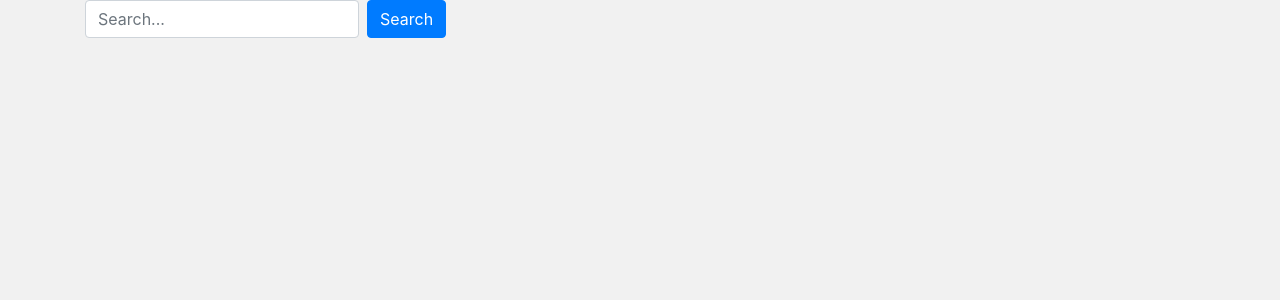
Repository: roistyx/ask-ChatGBT-travel-recommendations
Page: Backend/src/views/main.html
An editor plug-in stored every save of this project. The page is shown before and after the next save, followed by the edit.
The browser window is 1280 px wide. The pictures show the whole page.

Above is the page before, as saved 2023-03-20 11:38:15.

After the next save:
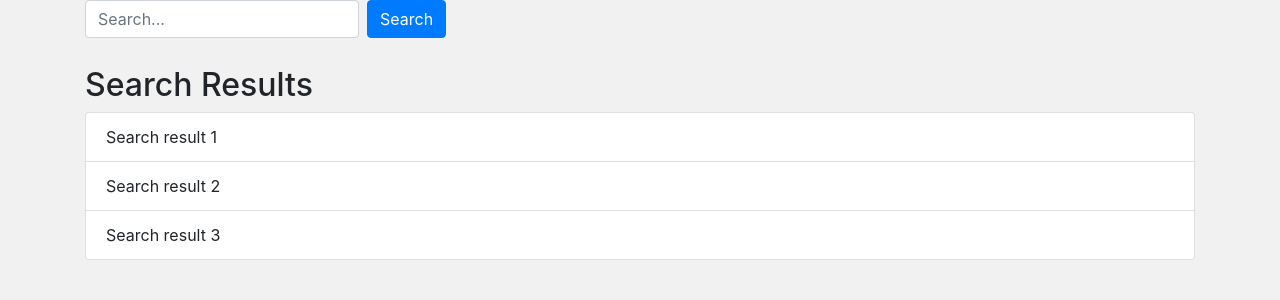
Saved 53 s later.
--- a/Backend/src/views/main.html
+++ b/Backend/src/views/main.html
@@ -2,24 +2,36 @@
 <html>
 
 <head>
-    <title>Bootstrap Search Form with Submit Button</title>
+    <title>Bootstrap Search Form with Search Results</title>
     <link rel="stylesheet" href="https://stackpath.bootstrapcdn.com/bootstrap/4.3.1/css/bootstrap.min.css">
     <style>
         body {
             background-color: #f1f1f1;
+        }
+
+        .search-results {
+            margin-top: 20px;
         }
     </style>
 </head>
 
 <body>
     <div class="container">
-        <form class="form-inline" action="https://www.google.com/search" method="get">
+        <form class="form-inline" action="#" method="get">
             <div class="form-group mb-2">
                 <label for="search-input" class="sr-only">Search</label>
                 <input type="text" class="form-control" id="search-input" name="q" placeholder="Search...">
             </div>
             <button type="submit" class="btn btn-primary mb-2 ml-2">Search</button>
         </form>
+        <div class="search-results">
+            <h2>Search Results</h2>
+            <ul class="list-group">
+                <li class="list-group-item">Search result 1</li>
+                <li class="list-group-item">Search result 2</li>
+                <li class="list-group-item">Search result 3</li>
+            </ul>
+        </div>
     </div>
 </body>
 
